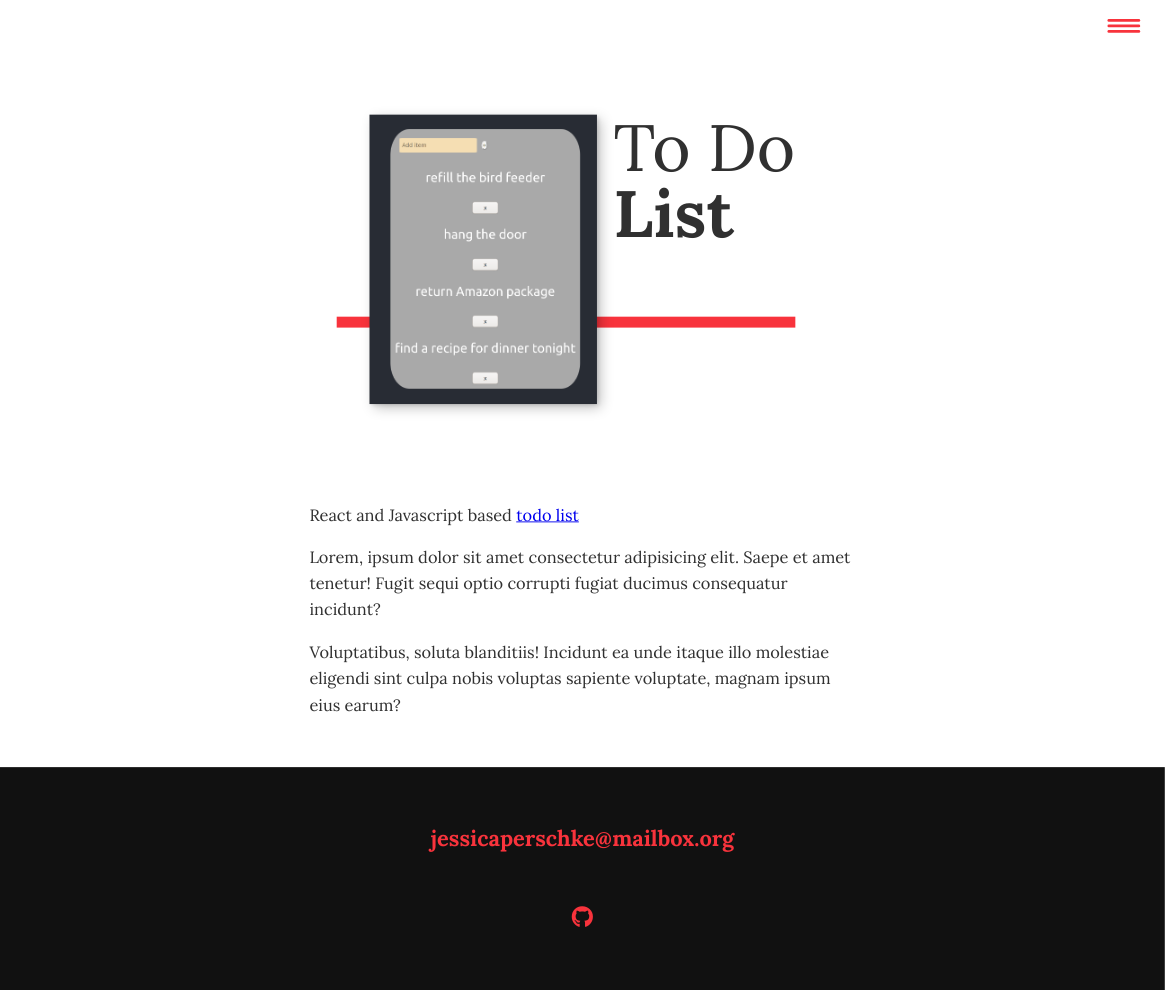
Repository: DinoDime/site
Page: portfolio-item2.html
These files come from the project's save history. The page is drawn as it stood at one moment and after the next save; the edit follows.
The browser window is 1280 px wide. The pictures show the whole page, at 91% of full size.
Some web libraries are served in a nearby version.

Above is the page before, as saved 2021-05-03 06:38:24.

After the next save:
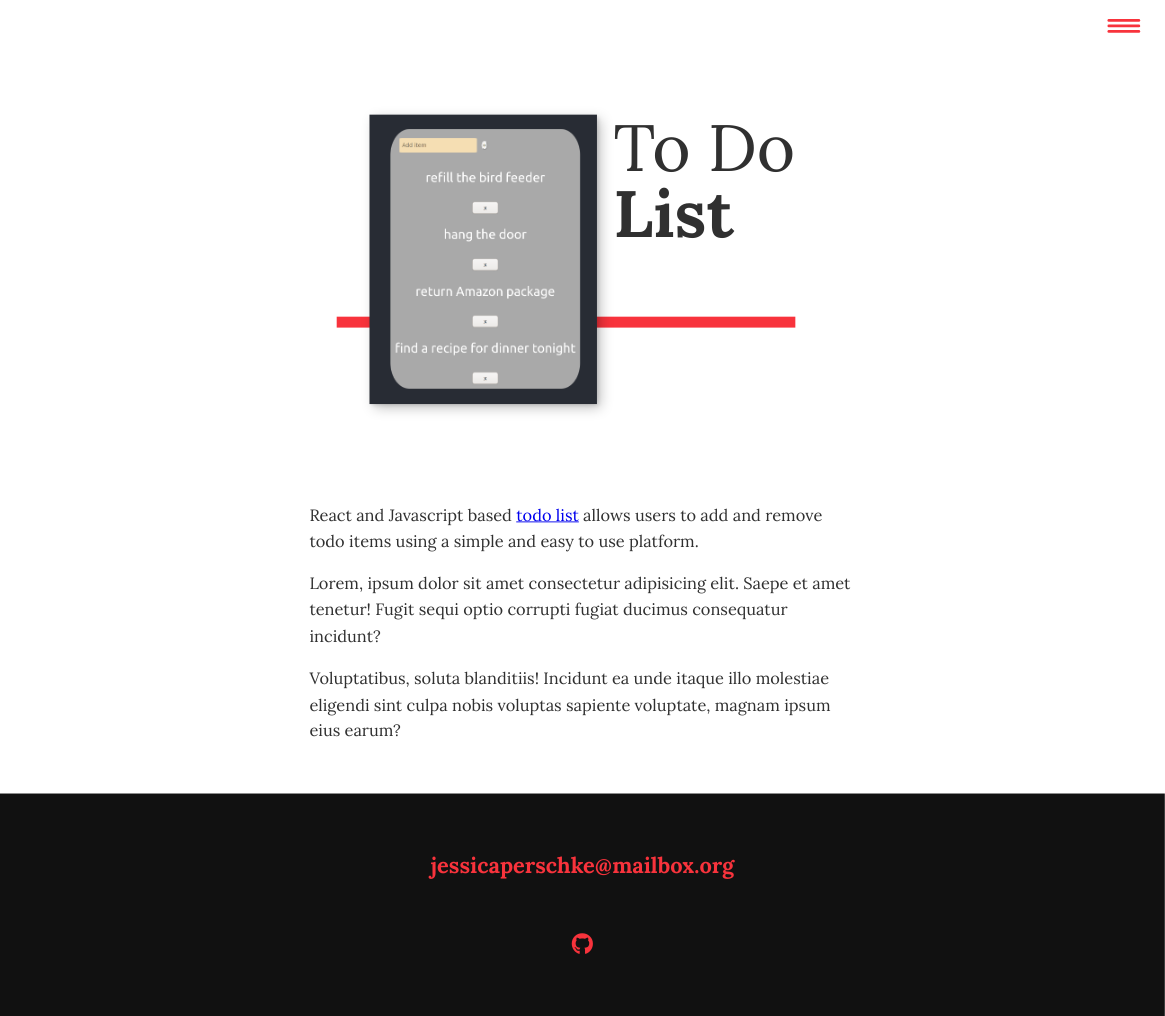
Saved 51 s later.
--- a/portfolio-item2.html
+++ b/portfolio-item2.html
@@ -63,6 +63,8 @@
       <p>
         React and Javascript based
         <a href="https://github.com/jl-perschke/ReactToDoList">todo list</a>
+        allows users to add and remove todo items using a simple and easy to use
+        platform.
       </p>
       <p>
         Lorem, ipsum dolor sit amet consectetur adipisicing elit. Saepe et amet
